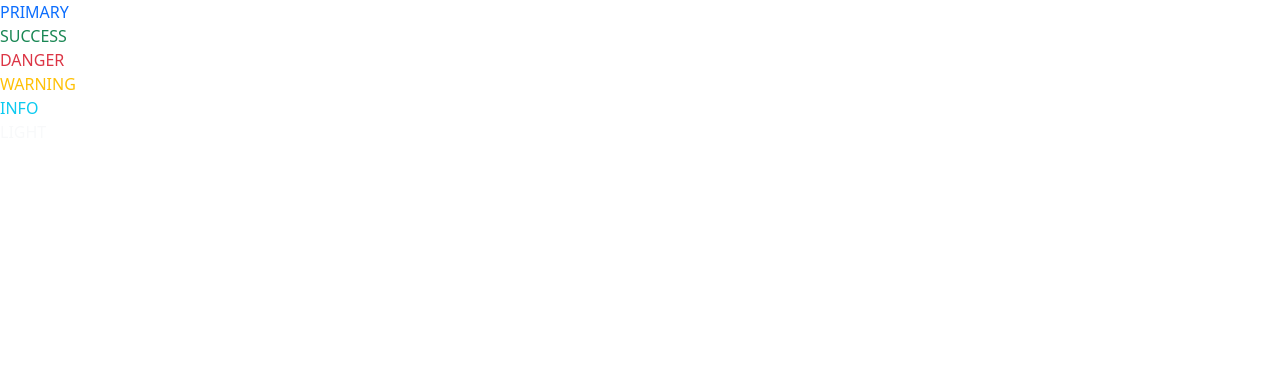
Repository: arindamslt/JEECoding
Page: JEE_FRONTEND/src/main/webapp/01BootsStrapColor.html
These files come from the project's save history. The page is drawn as it stood at one moment and after the next save; the edit follows.
The browser window is 1280 px wide. The pictures show the whole page.

Above is the page before, as saved 2025-07-17 04:34:02.

After the next save:
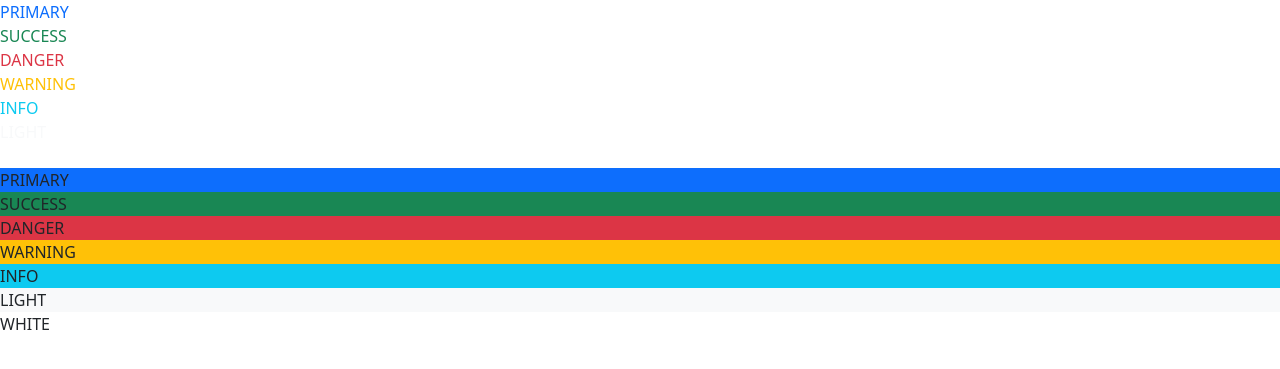
Saved 89 s later.
--- a/JEE_FRONTEND/src/main/webapp/01BootsStrapColor.html
+++ b/JEE_FRONTEND/src/main/webapp/01BootsStrapColor.html
@@ -14,5 +14,12 @@
 <div class="text-info">INFO</div>
 <div class="text-light">LIGHT</div>
 <div class="text-white">WHITE</div>
+<div class="bg-primary">PRIMARY</div>
+<div class="bg-success">SUCCESS</div>
+<div class="bg-danger">DANGER</div>
+<div class="bg-warning">WARNING</div>
+<div class="bg-info">INFO</div>
+<div class="bg-light">LIGHT</div>
+<div class="bg-white">WHITE</div>
 </body>
 </html>
